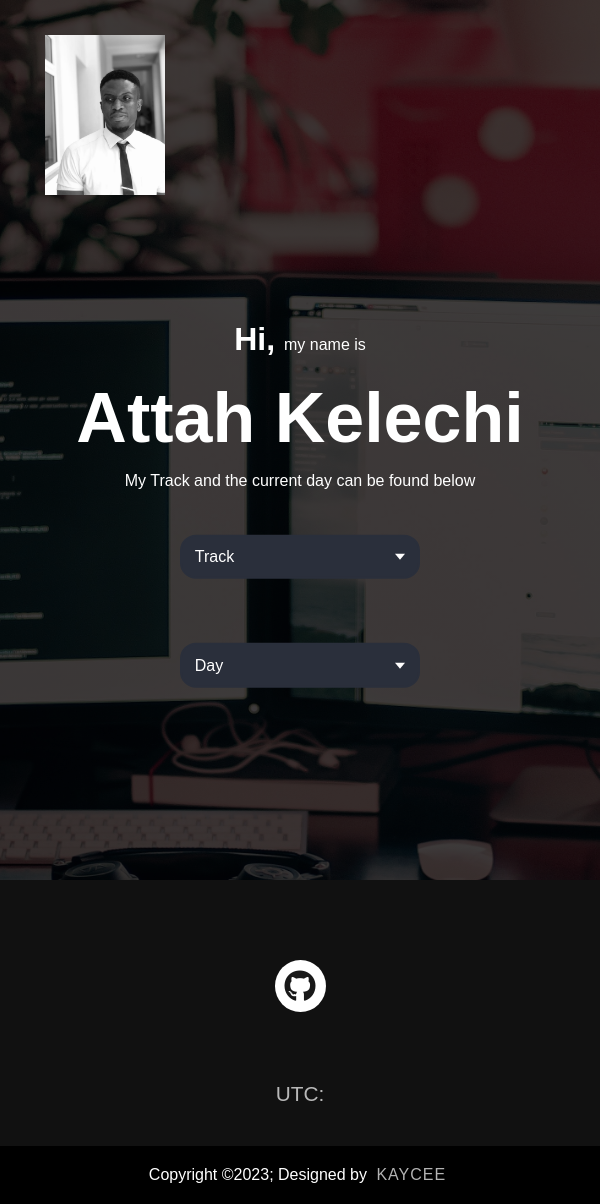
Repository: Kaycee-attah/HNG-Internship_2023
Page: index.html
These files come from the project's save history. The page is drawn as it stood at one moment and after the next save; the edit follows.
The browser window is 600 px wide. The pictures show the whole page.

Above is the page before, as saved 2023-09-07 12:43:02.

### index.html
<!DOCTYPE html>
<html lang="en">
<head>
    <meta charset="UTF-8">
    <meta name="viewport" content="width=device-width, initial-scale=1.0">
    <title>How to make a website - Easy tutorial</title>
    <link rel="stylesheet" href="style.css">
    <link rel="stylesheet" href="https://cdnjs.cloudflare.com/ajax/libs/font-awesome/6.4.2/css/all.min.css" integrity="sha512-z3gLpd7yknf1YoNbCzqRKc4qyor8gaKU1qmn+CShxbuBusANI9QpRohGBreCFkKxLhei6S9CQXFEbbKuqLg0DA==" crossorigin="anonymous" referrerpolicy="no-referrer" />
</head>
<body>
    <div class="banner">
        <div class="navbar">
            <img class="logo" src="slack_DP.JPG" alt="Kaycee" data-testid="slackDisplayImage">
            <!-- <ul>
                <li><a href="#">Home</a></li>
                <li><a href="#">Bedroom</a></li>
                <li><a href="#">Dining</a></li>
                <li><a href="#">Kitchen</a></li>
                <li><a href="#">Backyard</a></li>
            </ul> -->
        </div>
    </div>
    <div class="content">
        <h2>Hi, <span class="text"> my name is</span></h2>
        <h1 data-testid="slackUserName">Attah Kelechi</h1>
        <span class="text-sm">My Track and the current day can be found below</span>

        <div class="track_info">
            <div class="dropdown">
                <div class="select">
                    <span class="selected">Track</span>
                    <div class="caret"></div>
                </div>
                <ul class="menu">
                    <li data-testid="myTrack">Frontend </li>

                </ul>

                <!-- <button type="button"><span class="btn"></span> MORE</button>
                <button type="button"><span class="btn"></span>SUBSCRIBE</button> -->
            </div>
            <div class="dropdown">
                <div class="select">
                    <span class="selected">Day</span>
                    <div class="caret"></div>
                </div>
                <ul class="menu">
                    <li data-testid="currentDayOfTheWeek">Framer </li>

                </ul>

                <!-- <button type="button"><span class="btn"></span> MORE</button>
                <button type="button"><span class="btn"></span>SUBSCRIBE</button> -->
            </div>
        </div>


    </div>
    <footer>
        <div class="footer_Container">
            <div class="social-icon">
                <a href=""><i class="fa-brands fa-github"></i></a>
            </div>

        </div>
        <div class="footer_Info">
            <ul>
                <li data-testid="currentUTCTime">UTC: </li>

            </ul>
        </div>
        <div class="footer_Bottom">
            <p>Copyright &copy;2023; Designed by <span class="designer">Kaycee</span></p>
        </div>
    </footer>

    <script src="script.js"></script>
</body>

</html>

### style.css
*{
    margin: 0;
    padding: 0;
    font-family: sans-serif;

}
body{
    background-image: linear-gradient(rgba(0,0,0,0.75), rgba(0,0,0,0.75)), url(IMG_6759.JPG);
    background-size: cover;
    background-position: center;
}

.banner{
    width: 100%;
    height: 100vh;


}
.navbar{
    width: 85%;
    margin: auto;
    padding: 35px 0;
    display: flex;
    align-items: center;
    justify-content: space-between;
}
.logo{
    width: 120px;
    cursor: pointer;
}
.navbar ul li{
    list-style: none;
    display: inline-block;
    margin: 0 20px;
    position: relative;
}
.navbar ul li a{
    text-decoration: none;
    color: #fff;
    text-transform: uppercase;
}
.navbar ul li::after{
    content: "";
    height: 3px;
    width: 0;
    background: #009688;
    position: absolute;
    left: 0;
    bottom: -10px;
    transition: 0.5s;
}
.navbar ul li:hover::after{
    width: 100%;
}
.content{
    width: 100%;
    position: absolute;
    top: 65%;
    transform: translateY(-50%);
    text-align: center;
    color: #fff;
}
.content h1{
    font-size: 70px;
    margin-top: 20px;
    /* margin-bottom: 10px; */
}
.content h2{
    font-size: 2.0em;
    /* margin-top: 20px; */
}
.content p{
    margin: 20px auto;
    font-weight: 100;
    line-height: 25px;
}
.text{
    margin: 0;
    font-weight: 20;
    font-size: medium;
    line-height: 5px;
}
.text-sm{
    /* margin: 35px auto; */
    font-weight: 10;
    font-size: 16px;
    line-height: 45px;
}
.track_info {
    display: flex;
    justify-content: space-around;
    align-items: center;
}
.dropdown{
    min-width: 15em;
    position: relative;
    margin: 2em;
    /* display: flex;
    justify-content: space-between;
    align-items: center; */

}
.dropdown *{
    box-sizing: border-box;
}

.select{
    background: #2a2f3b;
    color: #fff;
    display: flex;
    justify-content: space-between;
    align-items: center;
    border: 2px #2a2f3b solid;
    border-radius: 1em;
    cursor: pointer;
    transition: background 0.3s;
    padding: 0.7em 0.8em;
}
.select-clicked{
    border: 2px #26489a solid;
    box-shadow: 0 0 0.8em #26489a;
    display: flex;
    justify-content: space-between;


}

.select:hover{
    background: #323741;
}

.caret{
    width: 0;
    height: 0;
    border-left: 5px solid transparent;
    border-right: 5px solid transparent;
    border-top: 6px solid #fff;
    transition: 0.3s;
}

.caret-rotate{
    transform: rotateX(180deg);

}

.selected-rotate{
    transform: rotateX(180deg);

}

.menu{
    list-style: none;
    padding: 0.2em 0.5em;
    background: #323741;
    border: 1px #363a43 solid;
    box-shadow: 0 0.5em 1em rgba(0, 0, 0, 0.2);
    border-radius: 0.5em;
    color: #9fa5b5;
    position: absolute;
    width: 100%;
    top: 4em;
    min-height: auto;
    left: 50%;
    transform: translateX(-50%);
    opacity: 0;
    display: none;
    transition: 0.2s;
    z-index: 1;
    transition: 0.5s;
}

.menu li{
    padding: 0.7em 0.5em;
    margin: 0.3em 0;
    border-radius: 0.5em;
}

.menu li:hover{
    background: #2a2d35;
}

.menu-open{
    display: block;
    opacity: 1;
    transition: 0.5s;
}

footer{
    background-color: #111;
    width: 100%;
}
.footer_Container{
    /* width: 100%; */
    padding: 70px 30px 20px;
}
.social-icon{
    display: flex;
    justify-content: center;
}
.social-icon a{
    text-decoration: none;
    padding: 10px;
    background-color: white;
    margin: 10px;
    border-radius: 50%;
}
.social-icon a i{
    font-size: 2em;
    color: black;
    opacity: 0.9;
}


.social-icon a:hover{
    background-color: #111;
    transition: 0.5s;
}
.social-icon a:hover i{
    background-color: white;
    transition: 0.5s;
}
.footer_Info{
    margin: 30px 0;
}
.footer_Info ul{
    display: flex;
    justify-content: space-around;
}
.footer_Info ul li{
    color: white;
    margin: 20px;
    text-decoration: none;
    list-style: none;
    font-size: 1.3em;
    opacity: 0.7;
    transition: 0.5s;
}

.footer_Bottom {
    background-color: #000;
    padding: 20px;
    text-align: center;
}
.footer_Bottom p{
    color: white;

}
.designer{
    opacity: 0.7;
    text-transform: uppercase;
    letter-spacing: 1px;
    font-weight: 400;
    margin: 0px 5px;
    /* position: fixed; */
}

@media (max-width: 700px){
    .content{
        display: flex;
        flex-direction: column;

    }
    .track_info {
        display: flex;
        flex-direction: column;
        justify-content: space-between;
    }
    .menu{
        top: 3em;
        margin-bottom: 20px;
    }
    footer{
        margin-top: 80px;
    }
    .footer_Info ul{
        flex-direction: column;
    }
    .footer_Info ul li{
        width: 100%;
        text-align: center;
        margin: 10px 0;
    }
}





/* button{
    width: 200px;
    padding: 15px 0;
    text-align: center;
    margin: 20px 10px;
    border-radius: 25px;
    font-weight: bold;
    border: 2px solid #009688;
    background: transparent;
    color: #fff;
    cursor: pointer;
    position: relative;
    overflow: hidden;
}
.btn{
    background: #009688;
    height: 100%;
    width: 0;
    border-radius: 25px;
    position: absolute;
    left: 0;
    bottom: 0;
    z-index: -1;
    transition: 0.5s;
}
button:hover span{
    width: 100%;
} */

### script.js
const now = new Date();
const day = now.getDay();
const hours = now.getHours();
const minutes = now.getMinutes();
const UTCtimeStamp = now.getTime();
const GMTdate_and_time = now.toUTCString();
const daysOfWeek = [
    "Sunday",
    "Monday",
    "Tuesday",
    "Wednesday",
    "Thursday",
    "Friday",
    "Saturday"
]
const today = daysOfWeek[day];
const UTC = now.getUTCMilliseconds();
console.log("Current day of the week:", today)
console.log("UTC:", UTC)

console.log("UTCtimeStamp:", UTCtimeStamp)
console.log("GMTdate_and_time:", GMTdate_and_time)

const dropdowns = document.querySelectorAll('.dropdown');

dropdowns.forEach(dropdown => {
    const select = dropdown.querySelector('.select');
    const caret = dropdown.querySelector('.caret');
    const menu = dropdown.querySelector('.menu');
    const options = dropdown.querySelector('.menu li');
    const selected = dropdown.querySelector('.selected');


    select.addEventListener('click', () => {
        select.classList.toggle('select-clicked');
        select.classList.toggle('caret-rotate');
        selected.classList.toggle('selected-rotate');
        menu.classList.toggle('menu-open');
    })

    // options.forEach(option => {
    //     option.addEventListener('click', () => {
    //         // select.classList.toggle('select-clicked');
    //         select.classList.remove('select-clicked')
    //         caret.classList.remove('caret-rotate');
    //         menu.classList.remove('menu-open');


    //     })
    // })
})

After the next save:
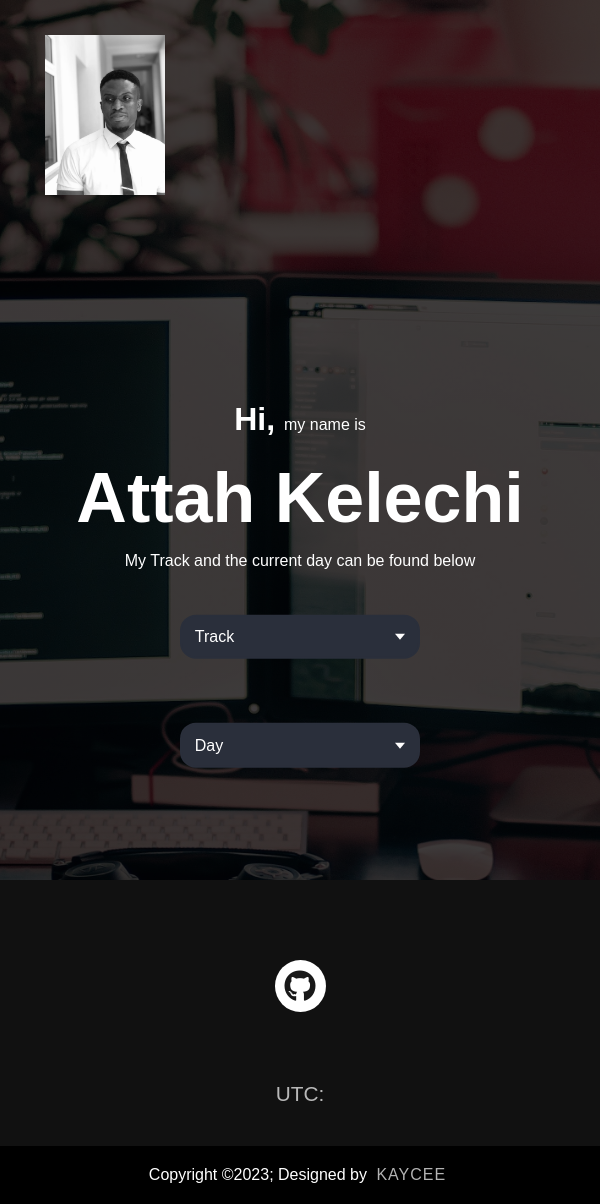
Saved 98 s later.
--- a/style.css
+++ b/style.css
@@ -256,6 +256,7 @@ footer{
 
 @media (max-width: 700px){
     .content{
+        top: 75%;
         display: flex;
         flex-direction: column;
 
